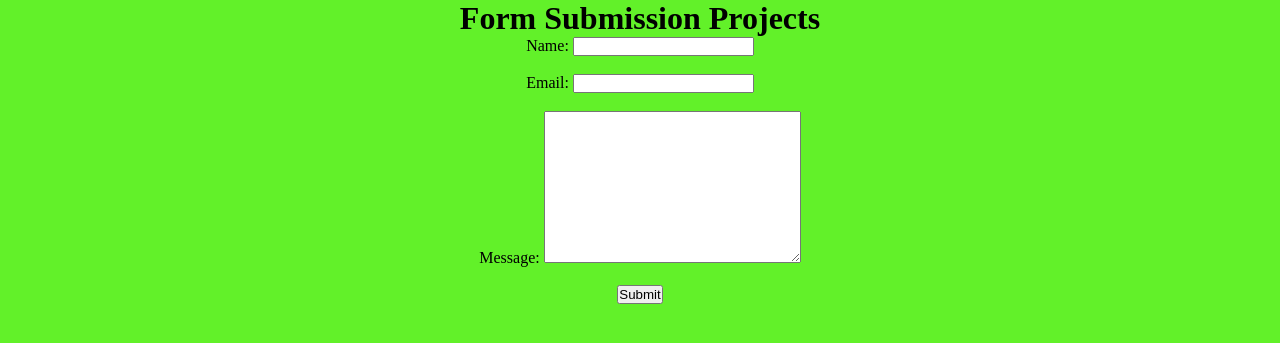
Repository: labib108/ostad-php
Page: projects/formSubmission/index.html
An editor plug-in stored every save of this project. The page is shown before and after a run of saves, followed by the edit.
The browser window is 1280 px wide. The pictures show the whole page.

Above is the page before, as saved 2023-03-21 13:35:11.

After the next 3 saves:
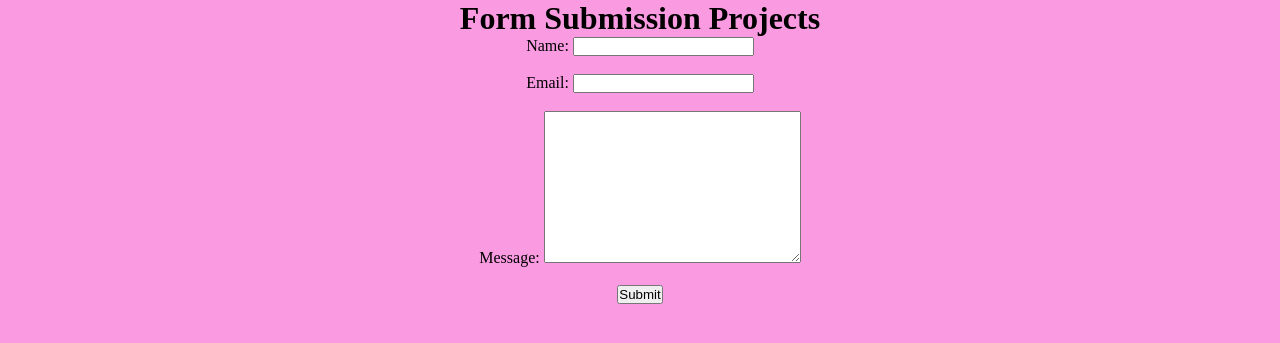
The 3 saves are shown as one change because they came seconds apart.
The last was saved 8 s later.
--- a/projects/formSubmission/style.css
+++ b/projects/formSubmission/style.css
@@ -5,5 +5,5 @@
 }
 body{
     text-align: center;
-    background-color: #62f129;
+    background-color: #fa9be2;
 }
